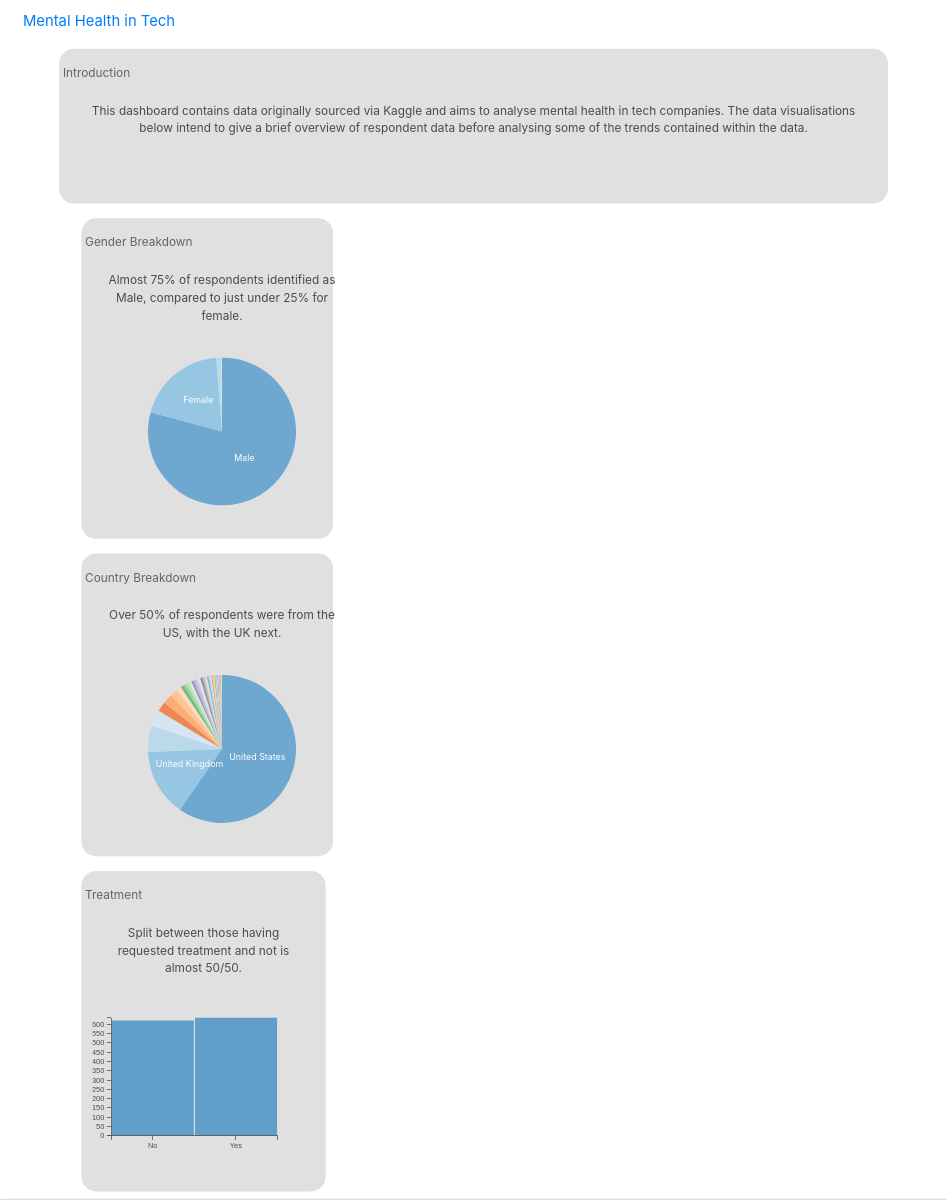
Repository: martingr1/mhdashboard
Page: index.html
The author's editor kept a record of every edit. The page is drawn from the files as they stood at one moment, then again after the next edit.
The browser window is 1280 px wide. The pictures show the whole page, at 74% of full size.
Some web libraries are served in a nearby version.

Above is the page before.

After the next edit:
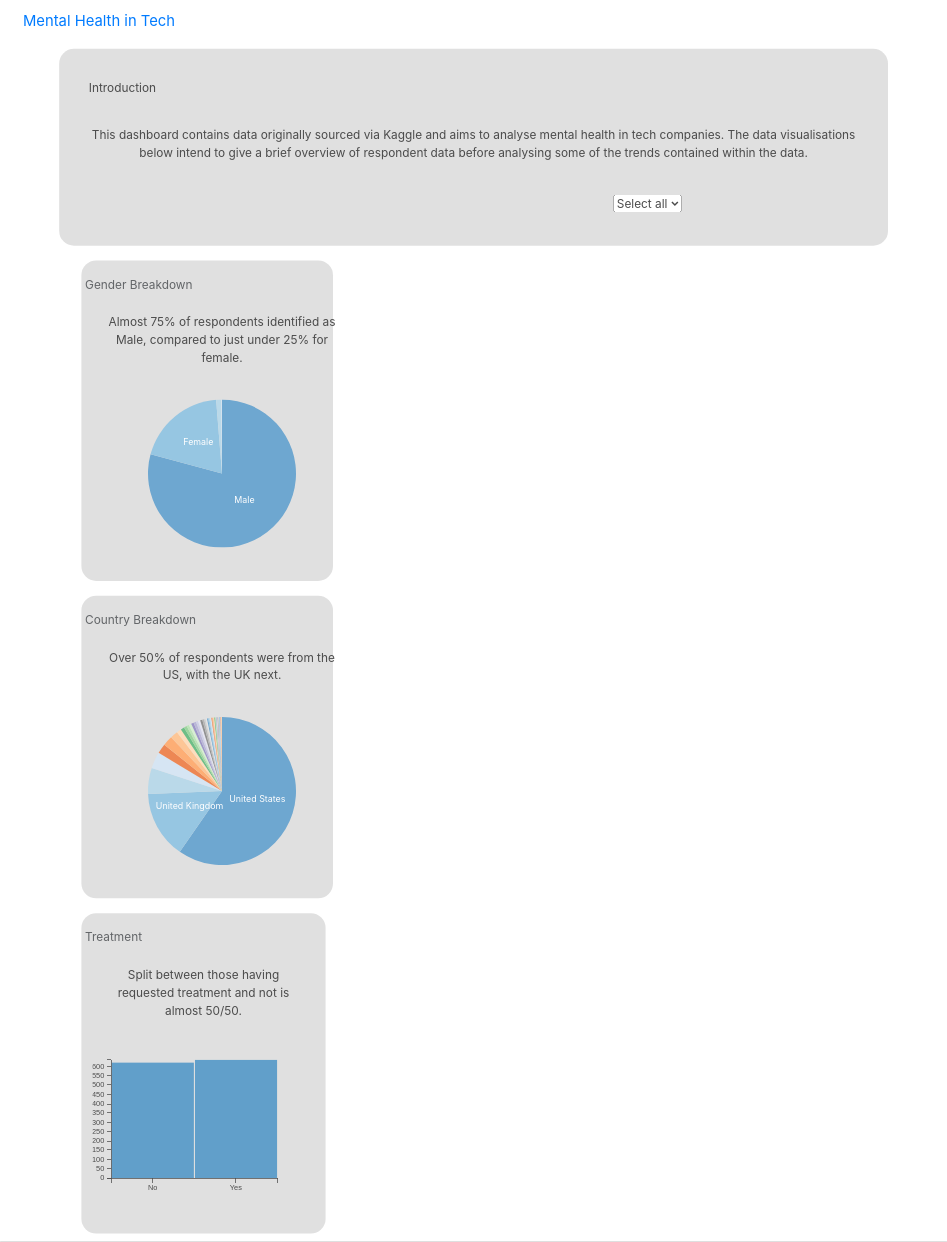
The edit:
--- a/index.html
+++ b/index.html
@@ -21,7 +21,7 @@
 
 </head>
 
-<body class = "background-image">
+<body class="background-image">
 
     <nav class="navbar navbar-default">
         <div class="container-fluid">
@@ -36,15 +36,14 @@
             <article class="article col-lg-12">
                 <div class="row text-center">
                     <div class="row intro-box">
-                        <div class="row text-center">Introduction</div>
+                        <div class="row text-center chart-text">Introduction</div>
                         <hr class="line">
                         <div class="row text-center">
-                            <p class="chart-text">This dashboard contains data originally sourced via Kaggle and aims to analyse mental health in tech companies.
-                            The data visualisations below intend to give a brief overview of respondent data before analysing some of the
-                            trends contained within the data. </p>
-
+                            <p class="chart-text">This dashboard contains data originally sourced via Kaggle and aims to analyse mental health in tech companies. The data visualisations below intend to give a brief overview of respondent data before analysing some of the trends
+                                contained within the data. </p>
                         </div>
-                        <div class = "chart" id = "select-company"></div>
+                        <hr class="line">
+                        <div class="chart" id="select_company"></div>
                     </div>
                 </div>
         </div>
